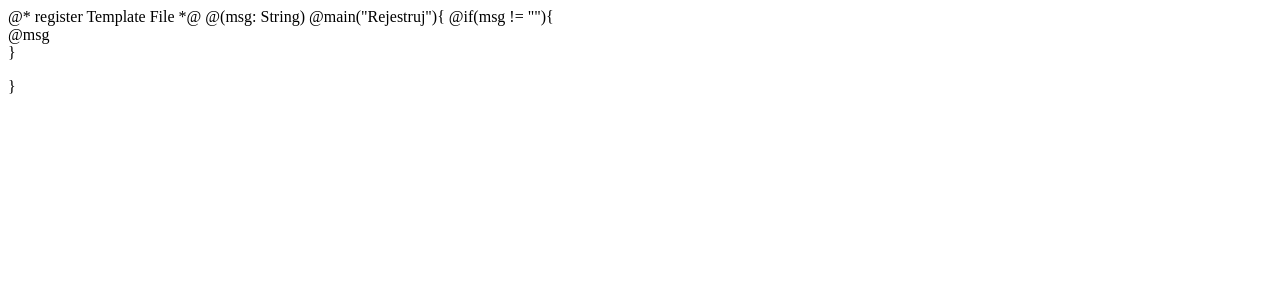
Repository: nokia-wroclaw/innovativeproject-surveys
Page: web-app/app/views/register.scala.html
The author's editor kept a copy of each file at every save. The page is drawn from the files as they stood at one save, then again after the next save.
The browser window is 1280 px wide. The pictures show the whole page.

Above is the page before, as saved 2016-10-26 19:15:23.

After the next save:
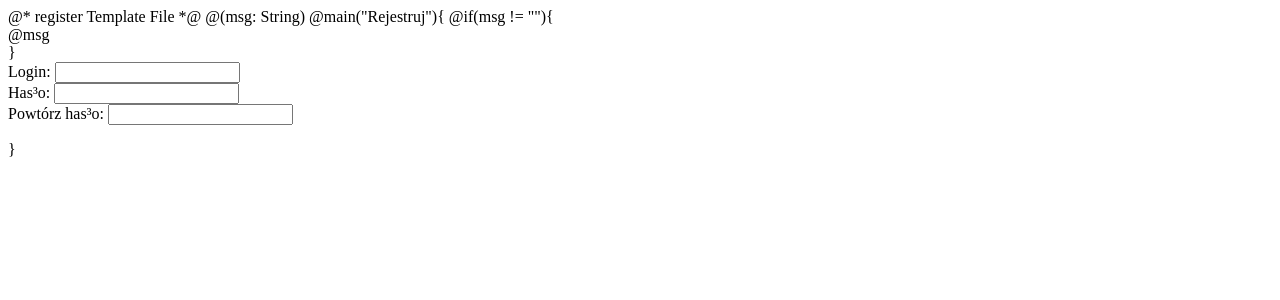
Saved 79 s later.
--- a/web-app/app/views/register.scala.html
+++ b/web-app/app/views/register.scala.html
@@ -5,6 +5,8 @@
 		<div class="error">@msg</div>
 	}
 	<form method="POST" action="register">
-
+		Login: <input type="text" name="login"><br>
+		Has³o: <input type="text" name="password"><br>
+		Powtórz has³o: <input type="text" name="rePassword"><br>
 	</form>
 }
